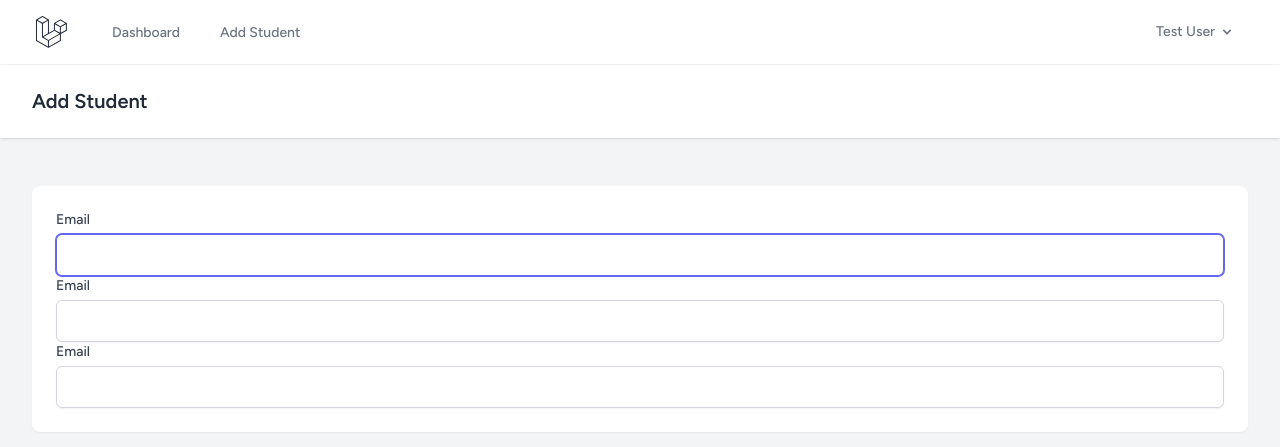
Repository: rkrukshan/CRUD-with-Laravel-V.10-Breeze
Page: http://localhost/add-student
An editor plug-in stored every save of this project. The page is shown before and after the next save, followed by the edit.
The browser window is 1280 px wide. The pictures show the whole page.
The page is served by the project's Laravel application, run on PHP 8.4 with Laravel 10. A made-up administrator, Test User (test@example.com), is signed in. Style sheets and scripts are compiled from the project's sources, by tool versions that may differ from the author's.

Above is the page before, as saved 2023-11-14 20:11:50.

After the next save:
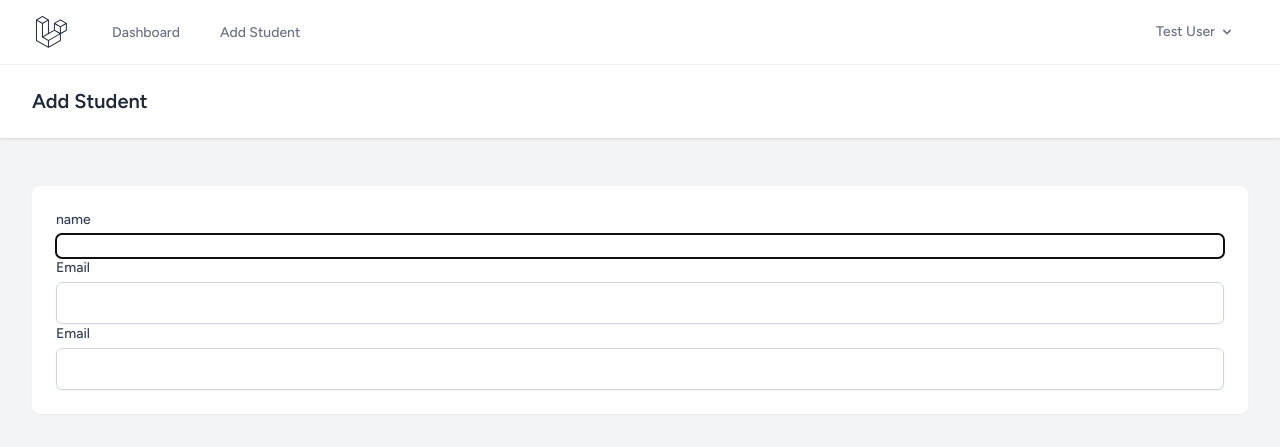
Saved 24 s later.
--- a/resources/views/student/create.blade.php
+++ b/resources/views/student/create.blade.php
@@ -12,9 +12,9 @@
                     <form action="" method="POST">
                         @csrf
                         <div>
-                            <x-input-label for="email" :value="__('Email')" />
-                            <x-text-input id="email" class="block mt-1 w-full" type="email" name="email" :value="old('email')" required autofocus autocomplete="username" />
-                            <x-input-error :messages="$errors->get('email')" class="mt-2" />
+                            <x-input-label for="name" :value="__('name')" />
+                            <x-text-input id="name" class="block mt-1 w-full" type="name" name="name" :value="old('name')" required autofocus autocomplete="username" />
+                            <x-input-error :messages="$errors->get('name')" class="mt-2" />
                         </div>
 
 
